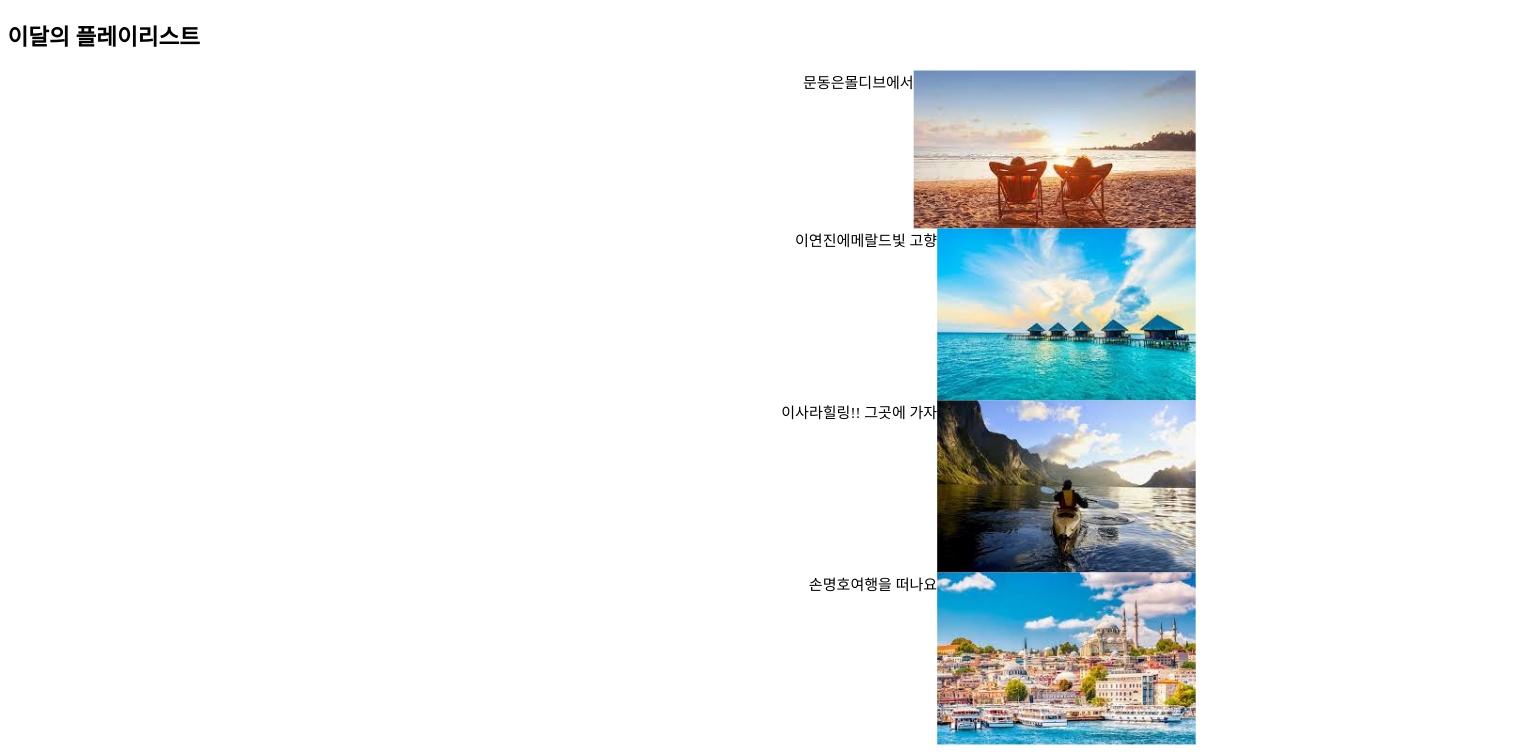
Repository: daeun0220/KB_EDU_JAVA
Page: work03_FrontUI/front03_CSS3/src/main/webapp/css03_flexbox_exam1.html
An editor plug-in stored every save of this project. The page is shown before and after the next save, followed by the edit.
The browser window is 1280 px wide. The page is 1280 px wide, then 1632 px, so the pictures cover 1632 px, including what lies to the right of the window. The pictures show the whole page, at 94% of full size.

Above is the page before, as saved 2023-08-09 01:34:33.

After the next save:
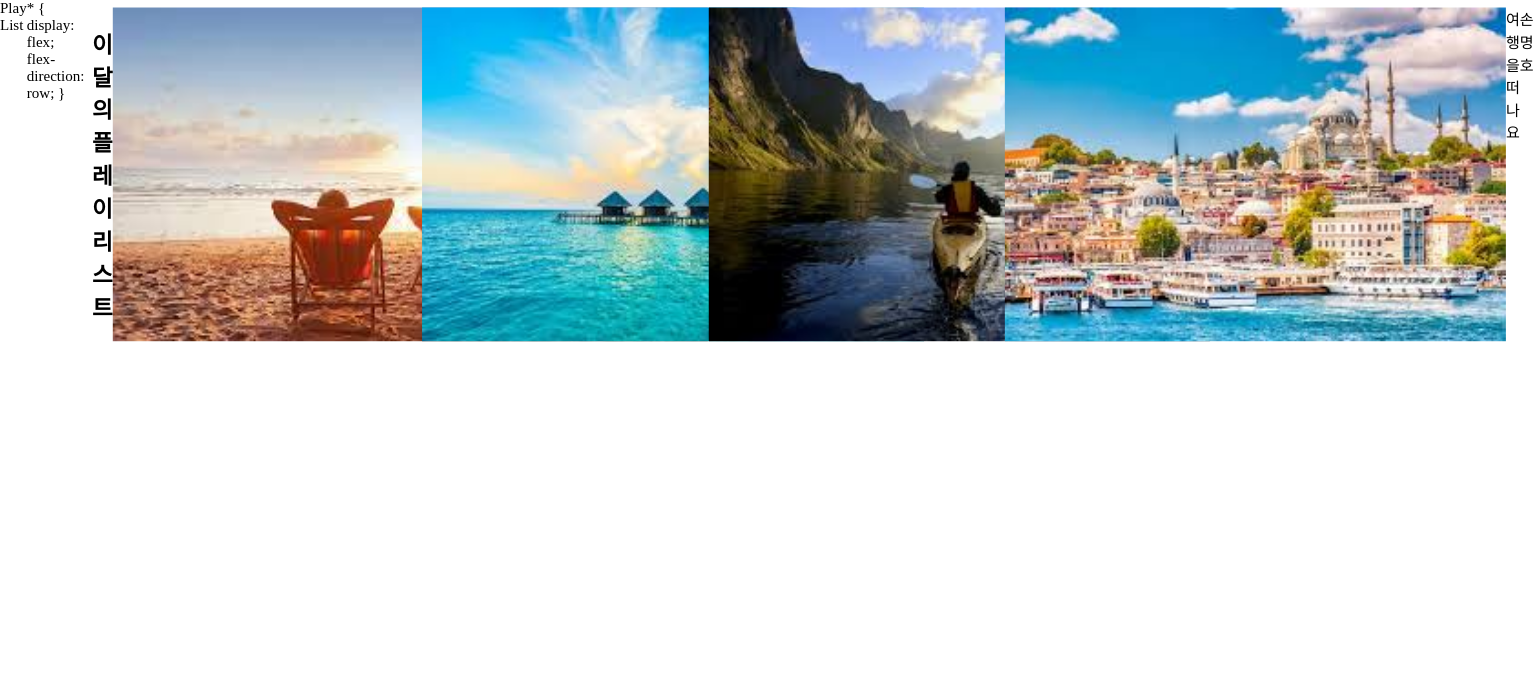
Saved 44 s later.
--- a/work03_FrontUI/front03_CSS3/src/main/webapp/css03_flexbox_exam1.html
+++ b/work03_FrontUI/front03_CSS3/src/main/webapp/css03_flexbox_exam1.html
@@ -4,9 +4,9 @@
   <meta charset="utf-8">
   <title>Play List</title>
   <style type="text/css">
-.playlist {
+* {
 	display: flex;
-	flex-direction: row-reverse;
+	flex-direction: row;
 }
 
 </style>
